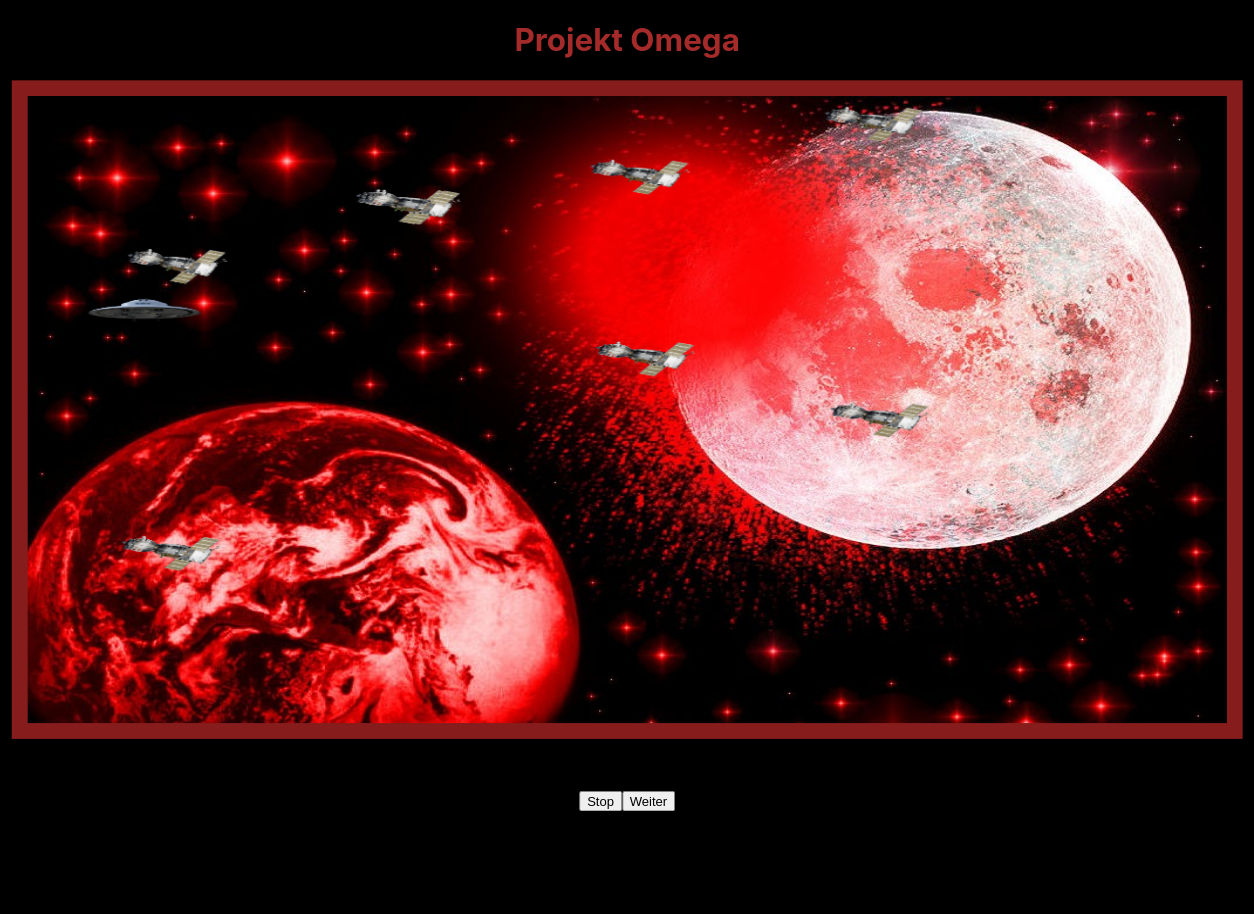
Repository: Der-Metatron/Projekt-Omega-Sprotte
Page: /
An editor plug-in stored every save of this project. The page is shown before and after the next save, followed by the edit.
The browser window is 1280 px wide. The pictures show the whole page, at 98% of full size.
The project was rebuilt for these pictures with package versions that can differ from the ones it lists, and the page was loaded fresh each time. Also part of the build but not shown: src/util/canvas-game.js.

Above is the page before, as saved 2022-06-22 17:06:24.

### public/index.html
<!DOCTYPE html>
<html lang="de">
  <head>
    <meta charset="UTF-8" />
    <meta name="Metatron" content="width=device-width, initial-scale=1.0" />
    <link rel="stylesheet" href="style.css" />

    <title>Projekt-Omega></title>
  </head>

  <body>
    <!-- <body onload="startGame()"> -->
    <div id="root"></div>
  </body>
  <script type="text/javascript" src="./index.js"></script>
</html>

### src/App.js
import "./App.css";
/* import { useState } from "react"; */
import { Canvas } from "./components/Canvas";
import { Footer } from "./components/Footer";

function App() {
  return (
    <div className="App">
      <h1>Projekt Omega</h1>
      <Canvas />

      <Footer />
    </div>
  );
}

export default App;

### src/components/Canvas.jsx
import React, { useRef, useEffect, useState } from "react";
import "./Canvas.css";
import { initGame, stopGame, continueGame } from "../util/canvas-game";
import ReactAudioPlayer from "react-audio-player";

export const Canvas = () => {
  const [score, setScore] = useState(0);
  const canvasRef = useRef(null);

  useEffect(() => {
    const canvas = canvasRef.current;
    const context = canvas.getContext("2d");
    initGame(context, (amount) => {
      console.log("increaseScore", amount);
      setScore((oldScore) => {
        return oldScore + amount;
      });
    });
  }, []);
  return (
    <>
      <canvas
        ref={canvasRef}
        className="game-canvas"
        width="1024"
        height="640"
      />{" "}
      <ReactAudioPlayer src="/public/audio/Musik/titel 1.mp3" autoPlay />
      <p>Score: {score}</p> {/* PunkteZahl im Canvas Zeigen */}
      {/* Stopt das Game  */}
      <button
        onClick={() => {
          stopGame();
        }}
      >
        Stop
      </button>
      {/* Weiter mit Game */}
      <button
        onClick={() => {
          continueGame();
        }}
      >
        Weiter
      </button>
    </>
  );
};
/* -------------------------------------------------------------------------------------- */

/* ----------------------------AUDIO----------------------------------------------------- */
/* const useAudio = (url) => {
  const [audio] = useState(new Audio(url));
  const [playing, setPlaying] = useState(false);

  const toggle = () => setPlaying(!playing);

  useEffect(() => {
    playing ? audio.play() : audio.pause();
  }, []);
  useEffect(() => {
    audio.addEventListener("ended", () => setPlaying(false));
    return () => {
      audio.removeEventListener("ended", () => setPlaying(false));
    };
  }, []);

  return [playing, toggle];
};

const Player = ({ url }) => {
  const [playing, toggle] = useAudio(url);

  return (
    <div>
      <button onClick={toggle}>{playing ? "Pause" : "Play"}</button>
    </div>
  );
};

export default Player;
 */

### src/components/Footer.jsx
import React from "react";

export const Footer = () => {
  return (
    <div>
      <h2>
        Pfeil Taste Oben, Pfeil Taste Unten, Pfeil Taste Links, Pfeil Taste
        Rechts, Space = Schießen
      </h2>
      <p>Der Metatron,Serdar,Dennis. 2022</p>
    </div>
  );
};

### src/components/Canvas.css
.game-canvas {
  background-color: rgba(168, 35, 35, 0.8);
  padding-left: 0;
  padding-right: 0;
  margin-left: auto;
  margin-right: auto;
  display: block;
  width: 1224px;
  height: 640px;
  padding: 1rem;
}

### public/style.css
canvas {
  background-color: rgba(168, 35, 35, 0.8);
  padding-left: 0;
  padding-right: 0;
  margin-left: auto;
  margin-right: auto;
  display: block;
  width: 1224px;
  height: 640px;
  padding: 1rem;
}
:root {
  background-color: black;
}
h1 {
  color: brown;
  text-align: center;
}
footer {
  color: aliceblue;
  text-align: center;
}

### public/index.js
let KEY_SPACE = false; // 32
let KEY_UP = false; // 38
let KEY_DOWN = false; // 40
let KEY_LEFT = false; // 37
let KEY_RIGHT = false; // 39

let canvas, ctx, counter, highscore, pause; /* Variabeln für Canvas */

let backgroundImage = new Image();

/* Audio Web-Audio-API  */
/*
<audio src="/public/audio/Musik/titel 1.mp3"></audio>;
const audioContext = new AudioContext();
const element = document.querySelector(audio);
const source = audioContext.createMediaElementSource(element);
source.connect(audioContext.destination);
audio.play();
*/

let rocket = {
  x: 50,
  y: 200,
  width: 100,
  height: 50,

  src: "img/ufo1.png" /* Omega */,
};

let ufos = [];
let shots = [];

// Taste Unten
document.onkeydown = function (e) {
  if (e.keyCode === 32) {
    // Leertaste gedrückt
    KEY_SPACE = true;
  }

  if (e.keyCode === 38) {
    // Nach oben gedrückt
    KEY_UP = true;
  }

  if (e.keyCode === 40) {
    // Nach unten gedrückt
    KEY_DOWN = true;
  }
  if (e.keyCode === 37) {
    KEY_LEFT = true;
  }
  if (e.keyCode === 39) {
    KEY_RIGHT = true;
  }
};
// Taste Links
document.onkeyleft = function (e) {
  if (e.keyCode === 37) {
    // Leertaste gedrückt
    KEY_SPACE = true;
  }

  if (e.keyCode === 38) {
    // Nach oben gedrückt
    KEY_UP = true;
  }

  if (e.keyCode === 40) {
    // Nach unten gedrückt
    KEY_DOWN = true;
  }
  if (e.keyCode === 37) {
    KEY_LEFT = true;
  }
  if (e.keyCode === 39) {
    KEY_RIGHT = true;
  }
};
// Taste Rechts
document.onkeyright = function (e) {
  if (e.keyCode === 39) {
    // Leertaste gedrückt
    KEY_SPACE = true;
  }

  if (e.keyCode === 38) {
    // Nach oben gedrückt
    KEY_UP = true;
  }

  if (e.keyCode === 40) {
    // Nach unten gedrückt
    KEY_DOWN = true;
  }
  if (e.keyCode === 37) {
    KEY_LEFT = true;
  }
  if (e.keyCode === 39) {
    KEY_RIGHT = true;
  }
};
// Taste Oben
document.onkeyup = function (e) {
  if (e.keyCode === 32) {
    // Leertaste losgelassen
    KEY_SPACE = false;
  }

  if (e.keyCode === 38) {
    // Nach oben losgelassen
    KEY_UP = false;
  }

  if (e.keyCode === 40) {
    // Nach unten losgelassen
    KEY_DOWN = false;
  }
  if (e.keyCode === 37) {
    KEY_LEFT = false;
  }
  if (e.keyCode === 39) {
    KEY_RIGHT = false;
  }
};

// eslint-disable-next-line no-unused-vars
function startGame() {
  canvas = document.getElementById("canvas");
  ctx = canvas.getContext("2d");

  loadImages();
  setInterval(update, 1000 / 25);
  setInterval(createUfos, 2000); /* Wie schnell Feinde kommen */
  setInterval(checkForCollion, 1000 / 25);
  setInterval(checkForShoot, 1000 / 10);
  draw();
}

function checkForCollion() {
  ufos.forEach(function (ufo) {
    // Kontrollieren, ob UFO mit Rakete kollidiert
    if (
      rocket.x + rocket.width > ufo.x &&
      rocket.y + rocket.height > ufo.y &&
      rocket.x < ufo.x &&
      rocket.y < ufo.y + ufo.height
    ) {
      rocket.img.src = "img/boom3.png";
      console.log("Collion!!!");
      ufos = ufos.filter((u) => u !== ufo);
      window.location.reload(true); //das sorgt dafür das sich die seite neu lädt wen man stirbt
    }

    shots.forEach(function (shot) {
      // Kontrollieren, ob Laser mit Rakete kollidiert
      if (
        shot.x + shot.width > ufo.x &&
        shot.y + shot.height > ufo.y &&
        shot.x < ufo.x &&
        shot.y < ufo.y + ufo.height
      ) {
        ufo.hit = true;
        ufo.img.src = "img/boom3.png";
        console.log("Collion!!!");

        setTimeout(() => {
          ufos = ufos.filter((u) => u !== ufo);
        }, 2000);
      }
    });
  });
}

function createUfos() {
  let ufo = {
    x: 800,
    y: Math.random() * 500, // Wir platzieren unsere UFOs an einem zufälligen Ort
    width: 100,
    height: 40,
    src: "img/sat.png",

    img: new Image(),
  };
  ufo.img.src = ufo.src; // Ufo-Bild wird geladen.
  ufos.push(ufo);
}

function checkForShoot() {
  if (KEY_SPACE) {
    let shot = {
      x: rocket.x + 110,
      y: rocket.y + 22,
      width: 20,
      height: 4,
      src: "img/shot.png",
      img: new Image(),
    };
    shot.img.src = shot.src; // Laser-Bild wird geladen.

    shots.push(shot);
  }
}
//rechts und links vergessen in update zu codieren
function update() {
  if (KEY_UP) {
    rocket.y -= 6;
  }

  if (KEY_DOWN) {
    rocket.y += 6;
  }
  if (KEY_LEFT) {
    rocket.x -= 6;
  }

  if (KEY_RIGHT) {
    rocket.x += 6;
  }

  ufos.forEach(function (ufo) {
    if (!ufo.hit) {
      ufo.x -= 5;
    }
  });

  shots.forEach(function (shot) {
    shot.x += 15;
  });
}

function loadImages() {
  backgroundImage.src = "img/- WALLPAPER - (276).jpg";
  rocket.img = new Image();
  rocket.img.src = rocket.src;
}

function draw() {
  ctx.drawImage(backgroundImage, 0, 0);
  ctx.drawImage(rocket.img, rocket.x, rocket.y, rocket.width, rocket.height);

  ufos.forEach(function (ufo) {
    ctx.drawImage(ufo.img, ufo.x, ufo.y, ufo.width, ufo.height);
  });

  shots.forEach(function (shot) {
    ctx.drawImage(shot.img, shot.x, shot.y, shot.width, shot.height);
  });

  requestAnimationFrame(draw);
}

Loaded but not shown: src/index.js (common file); src/index.css (common file); src/reportWebVitals.js (common file); src/App.css (common file)

After the next save:
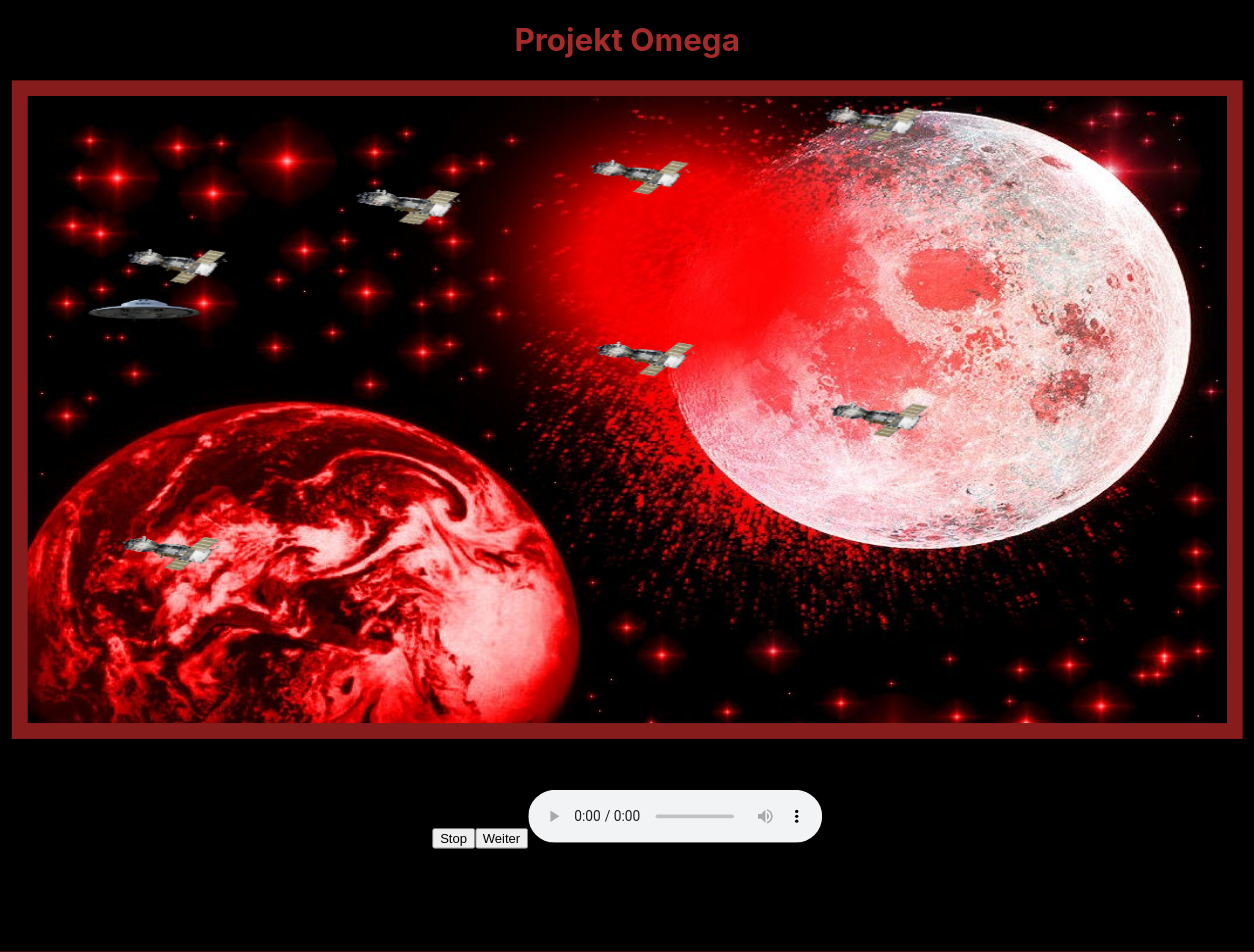
Saved 27 s later.
--- a/src/components/Canvas.jsx
+++ b/src/components/Canvas.jsx
@@ -43,6 +43,7 @@ export const Canvas = () => {
       >
         Weiter
       </button>
+      <ReactAudioPlayer src="my_audio_file.ogg" autoPlay controls />
     </>
   );
 };
